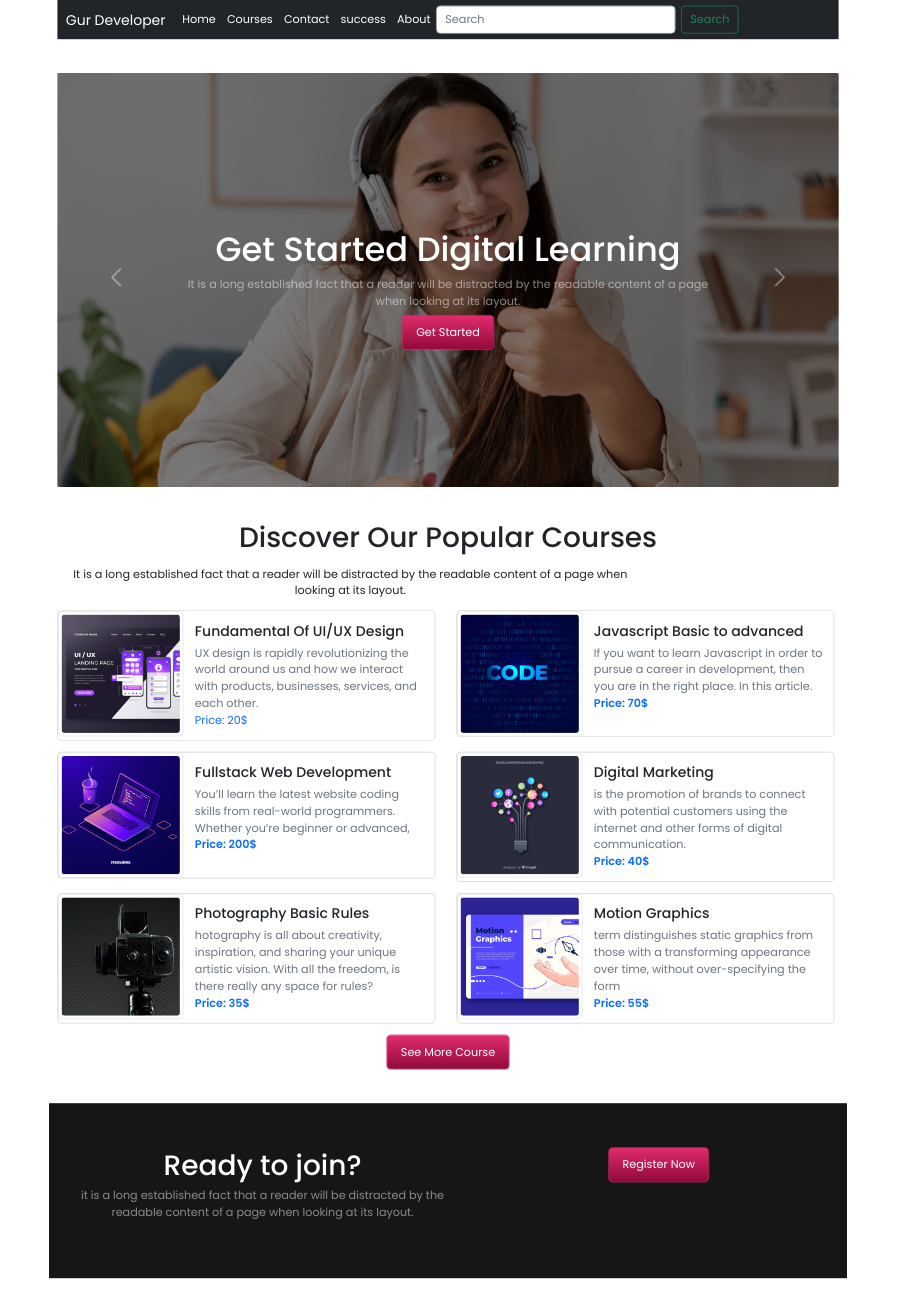
Repository: mdrubel02/Guru-Developer
Page: index.html
These files come from the project's save history. The page is drawn as it stood at one moment and after the next save; the edit follows.
The browser window is 1280 px wide. The page is 1292 px wide, so the pictures cover 1292 px, including what lies to the right of the window. The pictures show the part of the page from y = 0 to 1880 px (the page is 3472 px tall), at 70% of full size.
Some web libraries are served in a nearby version.

Above is the page before, as saved 2022-07-29 09:38:01.

After the next save:
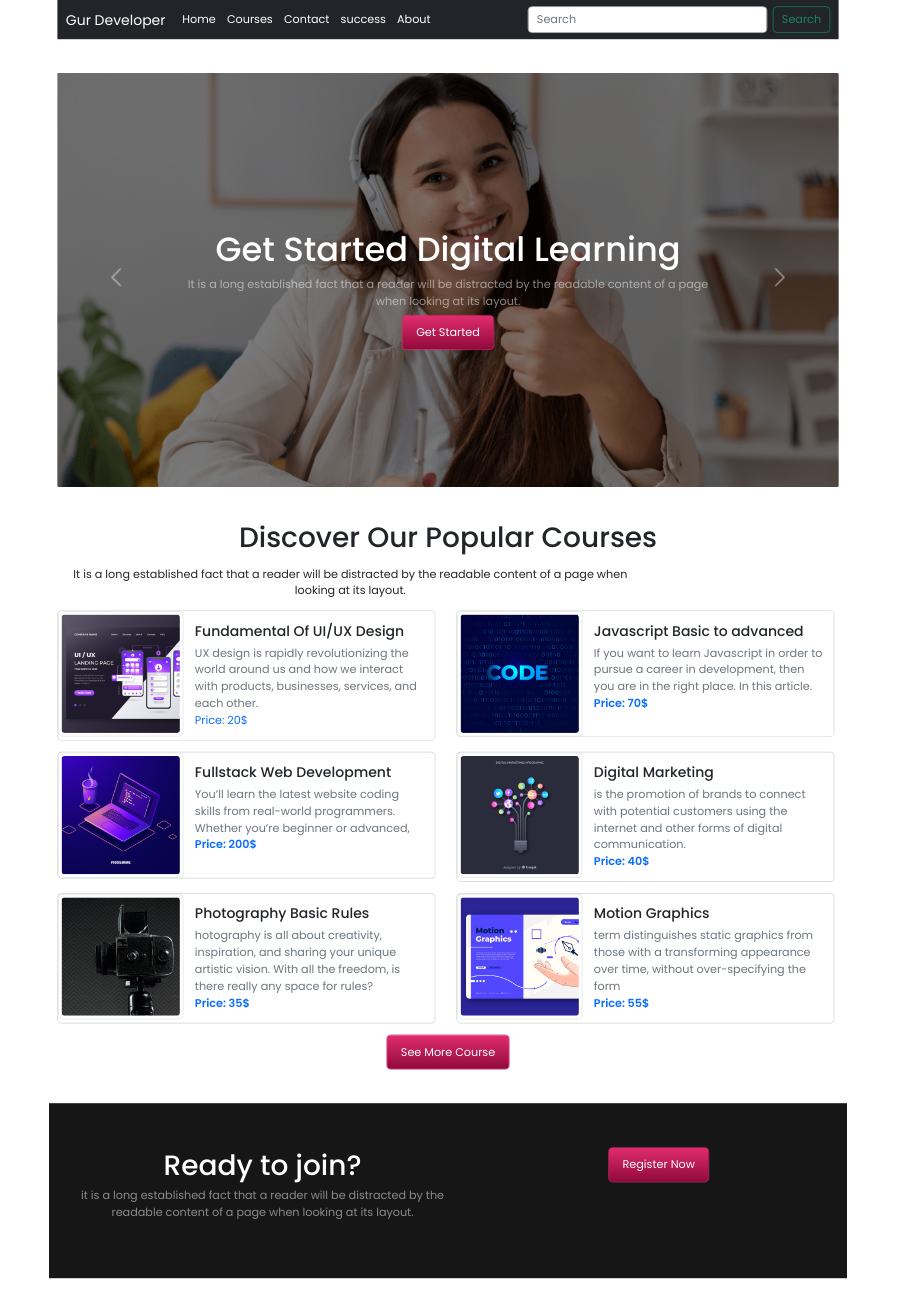
Saved 2 min 37 s later.
--- a/index.html
+++ b/index.html
@@ -45,10 +45,11 @@
                         <li class="nav-item">
                             <a class="nav-link text-white" href="#">About</a>
                         </li>
-                        <form class="d-flex" role="search">
-                            <input class="form-control me-2" type="search" placeholder="Search" aria-label="Search">
-                            <button class="btn btn-outline-success" type="submit">Search</button>
-                        </form>
+                    </ul>
+                    <form class="d-flex" role="search">
+                        <input class="form-control me-2" type="search" placeholder="Search" aria-label="Search">
+                        <button class="btn btn-outline-success" type="submit">Search</button>
+                    </form>
                 </div>
             </div>
         </nav>
